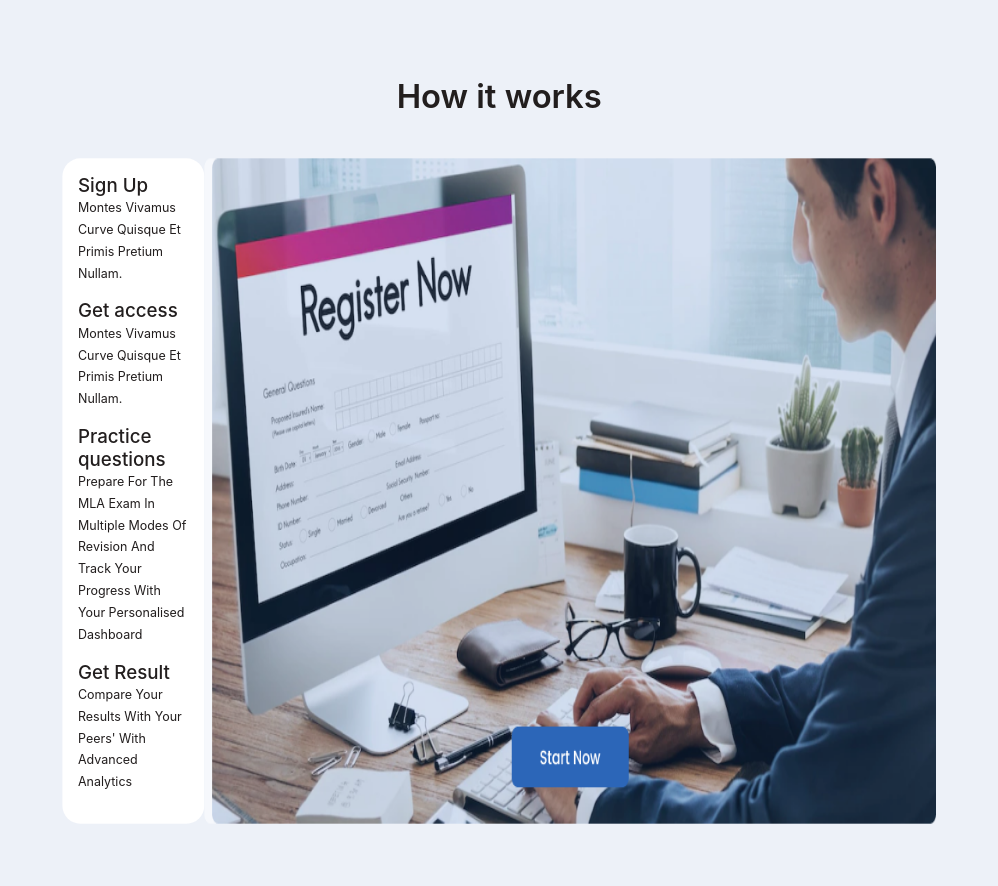
Repository: FaridRustamov09/Final-Task
Page: Pages/aboutPage/index.html
The author's editor kept a copy of each file at every save. The page is drawn from the files as they stood at one save, then again after the next save.
The browser window is 1280 px wide. The pictures show the whole page, at 78% of full size.
The style sheet was rebuilt from its Sass, Less or Tailwind sources for each picture, by a compiler version that may differ from the author's.

Above is the page before, as saved 2024-07-14 20:31:30.

After the next save:
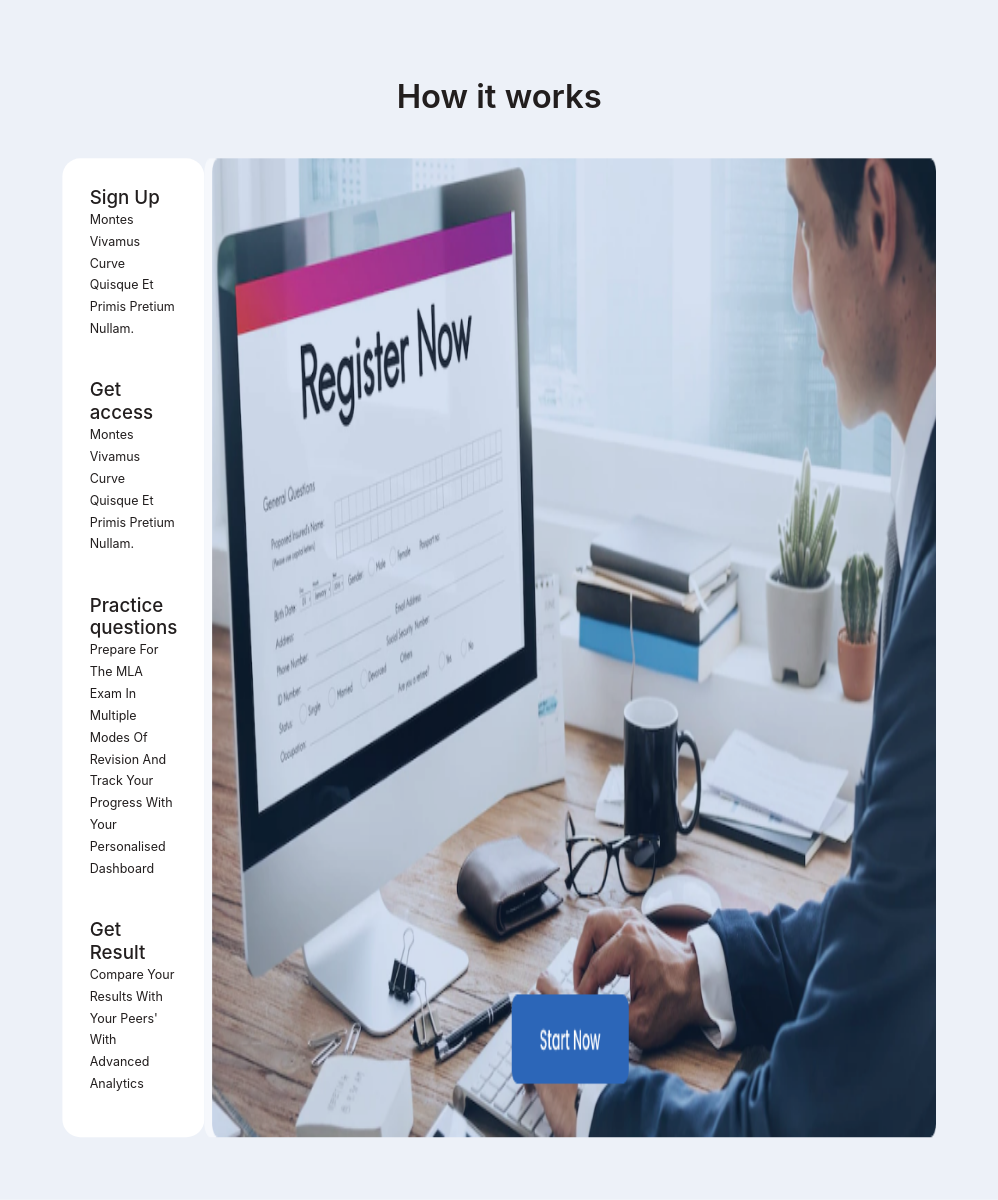
Saved 24 s later.
--- a/Pages/aboutPage/index.scss
+++ b/Pages/aboutPage/index.scss
@@ -26,6 +26,7 @@
         li {
             list-style-type: none;
             margin-bottom: 20px;
+            padding: 15px;
             &:hover{
               background-color: var(--blue-link, #2C66B8);
             }
